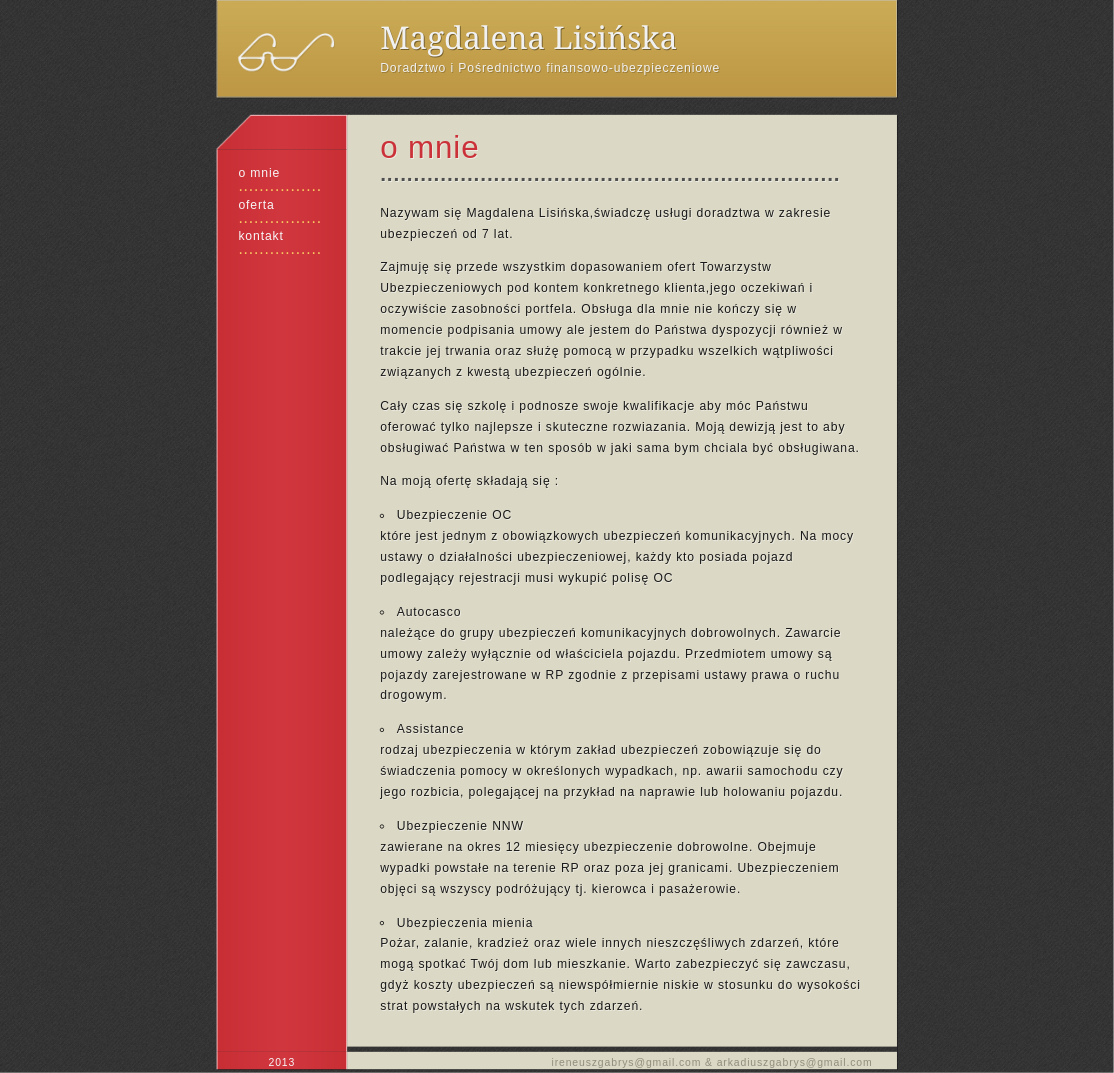
Repository: gabr/php_elicpse_workspace
Page: Magda Lisinska/index.html
These files come from the project's save history. The page is drawn as it stood at one moment and after the next save; the edit follows.
The browser window is 1280 px wide. The pictures show the whole page, at 87% of full size.

Above is the page before, as saved 2013-03-08 13:41:48.

### Magda Lisinska/index.html
<!DOCTYPE HTML>
<html>
<head>
<meta http-equiv="Content-Type" content="text/html; charset=utf-8">
<title>Magdalena Lisińska</title>
<!--
		<meta name="description" content="Add your sites description here">
		<meta name="keywords" content="Add,your,site,keywords,here">
		<link rel="icon" type="image/x-icon" href="../images/favicon.ico">
		-->
<link rel="stylesheet" type="text/css" href="css/reset.css"
  media="screen">
<link rel="stylesheet" type="text/css" href="css/style.css"
  media="screen">
<!-- <script src="js/jquery-1.9.1.js"></script>
        <script src="js/script.js"></script> -->
<!--[if lt IE 9]>
		<script src="js/html5shiv.js"></script>
		<![endif]-->
</head>

<body>
  <!-- head -->
  <div id="header">
    <a href="index.html" id="glasses"></a> <a href="index.html"
      id="header-title">
      <p id="title">Magdalena Lisińska</p>
      <p id="slogan">Doradztwo i Pośrednictwo
        finansowo-ubezpieczeniowe</p>
    </a>
    <div class="clear"></div>
  </div>

  <!-- body -->
  <div id="body">
    <!-- menu -->
    <div id="menu">
      <div id="menu-head"></div>
      <div id="menu-body" style="height: 1037px">
        <div id="menu-margin"></div>
        <ul>
          <li><a href="#">o mnie</a></li>
          <li class="line">................</li>
          <li><a href="#">oferta</a></li>
          <li class="line">................</li>
          <li><a href="kontakt.html">kontakt</a></li>
          <li class="line">................</li>
        </ul>
      </div>
    </div>
    <!-- content -->
    <div id="content">
      <div>
        <h1>o mnie</h1>
        <div class="line">.....................................................................</div>
        <p>Nazywam się Magdalena Lisińska,świadczę usługi doradztwa
          w zakresie ubezpieczeń od 7 lat.</p>
        <p>Zajmuję się przede wszystkim dopasowaniem ofert
          Towarzystw Ubezpieczeniowych pod kontem konkretnego
          klienta,jego oczekiwań i oczywiście zasobności portfela.
          Obsługa dla mnie nie kończy się w momencie podpisania umowy
          ale jestem do Państwa dyspozycji również w trakcie jej trwania
          oraz służę pomocą w przypadku wszelkich wątpliwości związanych
          z kwestą ubezpieczeń ogólnie.</p>
        <p>Cały czas się szkolę i podnosze swoje kwalifikacje aby
          móc Państwu oferować tylko najlepsze i skuteczne rozwiazania.
          Moją dewizją jest to aby obsługiwać Państwa w ten sposób w
          jaki sama bym chciala być obsługiwana.</p>
        <p>Na moją ofertę składają się :</p>
        <ul>
          <li>Ubezpieczenie OC
            <p>które jest jednym z obowiązkowych ubezpieczeń
              komunikacyjnych. Na mocy ustawy o działalności
              ubezpieczeniowej, każdy kto posiada pojazd podlegający
              rejestracji musi wykupić polisę OC</p>
          </li>
          <li>Autocasco
            <p>należące do grupy ubezpieczeń komunikacyjnych
              dobrowolnych. Zawarcie umowy zależy wyłącznie od
              właściciela pojazdu. Przedmiotem umowy są pojazdy
              zarejestrowane w RP zgodnie z przepisami ustawy prawa o
              ruchu drogowym.</p>
          </li>
          <li>Assistance
            <p>rodzaj ubezpieczenia w którym zakład ubezpieczeń
              zobowiązuje się do świadczenia pomocy w określonych
              wypadkach, np. awarii samochodu czy jego rozbicia,
              polegającej na przykład na naprawie lub holowaniu pojazdu.</p>
          </li>
          <li>Ubezpieczenie NNW
            <p>zawierane na okres 12 miesięcy ubezpieczenie
              dobrowolne. Obejmuje wypadki powstałe na terenie RP oraz
              poza jej granicami. Ubezpieczeniem objęci są wszyscy
              podróżujący tj. kierowca i pasażerowie.</p>
          </li>
          <li>Ubezpieczenia mienia
            <p>Pożar, zalanie, kradzież oraz wiele innych
              nieszczęśliwych zdarzeń, które mogą spotkać Twój dom lub
              mieszkanie. Warto zabezpieczyć się zawczasu, gdyż koszty
              ubezpieczeń są niewspółmiernie niskie w stosunku do
              wysokości strat powstałych na wskutek tych zdarzeń.</p>
          </li>
        </ul>
      </div>
    </div>
    <div class="clear"></div>

    <!-- footer -->
    <div id="footer">
      <div id="left-footer">
        <p>2013</p>
      </div>
      <div id="right-footer">
        <p>ireneuszgabrys@gmail.com &amp;
          arkadiuszgabrys@gmail.com&ensp;&ensp;&ensp;&ensp;</p>
      </div>
      <div class="clear"></div>
    </div>

  </div>

</body>
</html>

### Magda Lisinska/css/reset.css
/*
html5doctor.com Reset Stylesheet
v1.6.1
Last Updated: 2010-09-17
Author: Richard Clark - http://richclarkdesign.com
Twitter: @rich_clark
*/

html, body, div, span, object, iframe,
h1, h2, h3, h4, h5, h6, p, blockquote, pre,
abbr, address, cite, code,
del, dfn, em, img, ins, kbd, q, samp,
small, strong, sub, sup, var,
b, i,
dl, dt, dd, ol, ul, li,
fieldset, form, label, legend,
table, caption, tbody, tfoot, thead, tr, th, td,
article, aside, canvas, details, figcaption, figure,
footer, header, hgroup, menu, nav, section, summary,
time, mark, audio, video {
margin:0;
padding:0;
border:0;
outline:0;
font-size:100%;
vertical-align:baseline;
background:transparent;
}

body {line-height:1;}

article,aside,details,figcaption,figure,
footer,header,hgroup,menu,nav,section {
display:block; zoom:1;
}

nav ul {list-style:none;}

blockquote, q {quotes:none;}

blockquote:before, blockquote:after,
q:before, q:after {
content:'';
content:none;
}

a {
margin:0;
padding:0;
font-size:100%;
vertical-align:baseline;
background:transparent;
}

/* change colours to suit your needs */
ins {
background-color:#ff9;
color:#000;
text-decoration:none;
}

/* change colours to suit your needs */
mark {
background-color:#ff9;
color:#000;
font-style:italic;
font-weight:bold;
}

del {text-decoration: line-through;}

abbr[title], dfn[title] {
border-bottom:1px dotted;
cursor:help;
}

table {
border-collapse:collapse;
border-spacing:0;
}

/* change border colour to suit your needs */
hr {
display:block;
height:1px;
border:0;
border-top:1px solid #cccccc;
margin:1em 0;
padding:0;
}

input, select {
vertical-align:middle;
}

### Magda Lisinska/css/style.css
/*  Main  */
body {
  background: url(../images/background.png);
  color: #000;
  font-family: Arial, Helvetica, sans-serif;
  font-size: 14px;
  letter-spacing: 1px;
}

p {
  color: #181818;
  text-align: left;
  margin: 0px 0px 15px 0px;
  line-height: 24px;
}

a {
  color: #cb3138;
  text-decoration: none;
}

a:hover {
  text-decoration: underline;
}

h1 {
  margin: 20px 0px 0px 0px;
  font-size: 36px;
  color: #cb3138;
  font-weight: normal;
}

img {
  float: left;
  margin: 5px 10px 0px 0px;
  border: 1px solid #363636;
  box-shadow: 1px 1px 0px rgba(255, 255, 255, 0.5);
}

.line {
  -webkit-touch-callout: none;
  -webkit-user-select: none;
  -khtml-user-select: none;
  -moz-user-select: none;
  -ms-user-select: none;
  user-select: none;
}

.clear {
  clear: both;
}

/* Header */
#header {
  background: url(../images/header.jpg);
  width: 780px;
  height: 110px;
  margin: 0 auto;
  border: 1px solid #dbc89a;
  box-shadow: 1px 1px 0px rgba(0, 0, 0, 0.4)
}

#glasses {
  background: url(../images/glasses.png);
  width: 112px;
  height: 45px;
  margin: 37px 0px 0px 23px;
  display: block;
  outline: none;
  float: left;
}

#header-title {
  float: left;
  margin: 30px 0px 0px 52px;
  outline: none;
  text-decoration: none;
}

#title {
  margin: 0px 0px 0px 0px;
  color: #f1f1f1;
  text-shadow: 1px 1px 0px rgba(0, 0, 0, 0.4);
  font-family: Georgia, Times New Roman, Times;
  font-size: 36px;
  letter-spacing: 0px;
}

#slogan {
  color: #f1f1f1;
  text-shadow: 1px 1px 0px rgba(0, 0, 0, 0.2);
  margin: 11px 0px 0px 0px;
}

/* Body */
#body {
  margin: 0 auto;
  margin-top: 20px;
  width: 782px;
  box-shadow: 1px 1px 0px rgba(0, 0, 0, 0.4);
}

/* Menu */
#menu {
  float: left;
  width: 150px;
}

#menu-head {
  background: url(../images/menu_head.png);
  height: 40px;
}

#menu-body {
  background: url(../images/menu.jpg);
  min-height: 200px;
}

#menu-margin {
  height: 20px;
}

#menu-body ul {
  width: 100px;
  margin: 0 auto;
  list-style: none;
}

#menu-body a {
  color: #f7f7f7;
  text-decoration: none;
}

#menu-body li>a:hover {
  font-weight: bold;
}

#menu-body li.line {
  font-size: 18px;
  color: #f7cb61;
  margin: -1px 0px 5px 0px;
}

/* Content */
#content {
  float: left;
  width: 632px;
  min-height: 200px;
  background: #dbd8c5;
  text-shadow: 1px 1px 0px rgba(255, 255, 255, 0.5);
  padding-bottom: 20px;
}

#content>div {
  margin: 0px 38px 0px 38px;
}

#content .line {
  margin: 0px 0px 20px 0px;
  font-size: 24px;
  color: #4f4f4f;
  font-weight: bold;
}

#content ul {
  list-style-type: circle;
  list-style-position: inside;
}

#content ul li {
  text-decoration: none;
  font-family: Arial, Helvetica, sans-serif;
  font-size: 14px;
  letter-spacing: 1px;
  color: #181818;
  text-align: left;
  margin: 0px 0px 15px 0px;
  line-height: 24px;
}

#content iframe {
  margin: 20px auto 2px auto;
}

#google-maps {
  float: right;
  margin-right: 6px;
}

/* Footer */
#footer {
  width: 782px;
}

#left-footer {
  background: url(../images/menu.jpg);
  width: 150px;
  height: 20px;
  float: left;
}

#left-footer p {
  color: #f7f7f7;
  text-align: center;
  font-size: 12px;
}

#right-footer {
  float: right;
  width: 632px;
  height: 20px;
  background: #dbd8c5;
}

#right-footer p {
  color: #918e7e;
  text-align: right;
  font-size: 12px;
}

After the next save:
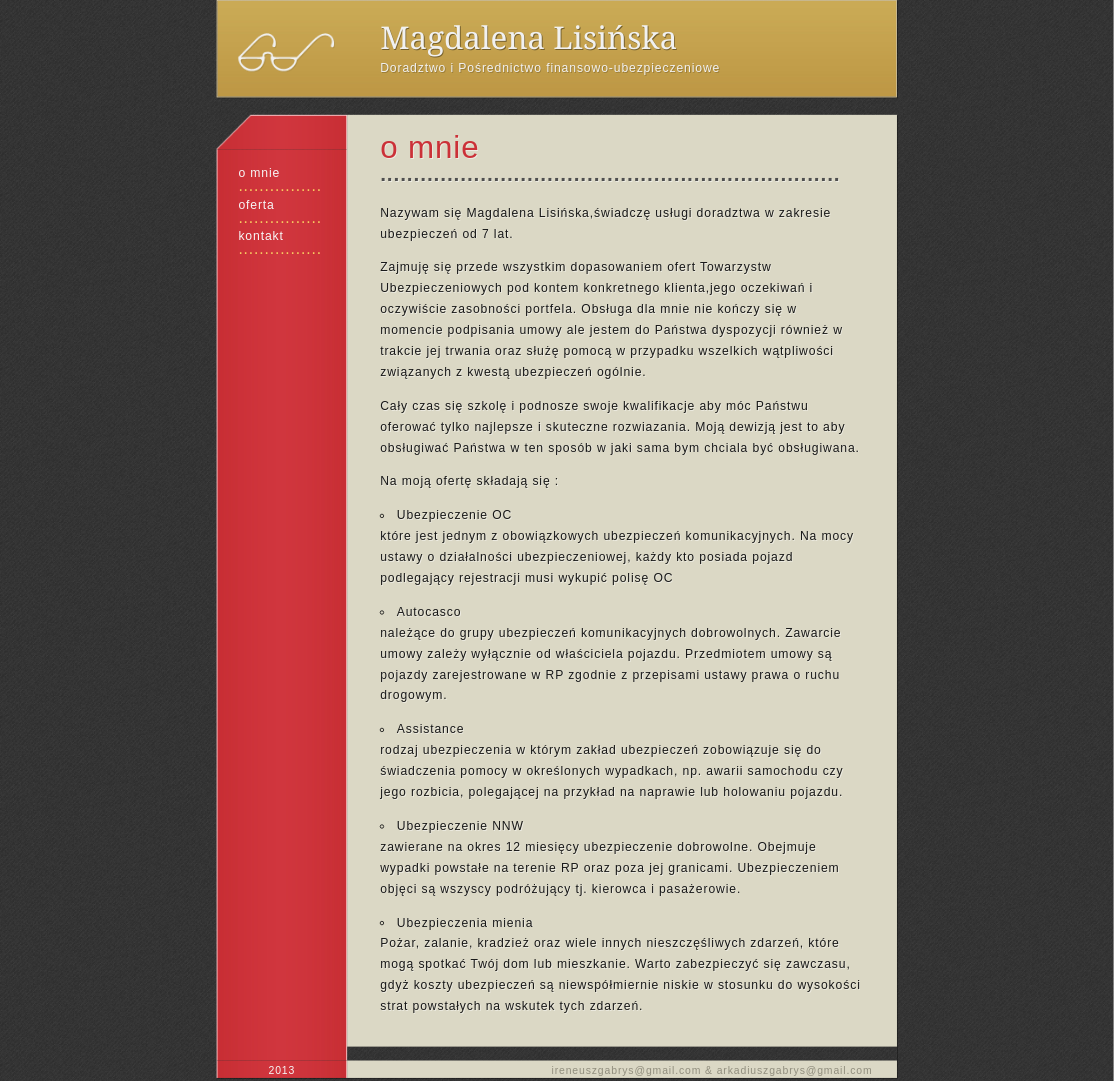
Saved 4 s later.
--- a/Magda Lisinska/index.html
+++ b/Magda Lisinska/index.html
@@ -36,7 +36,7 @@
     <!-- menu -->
     <div id="menu">
       <div id="menu-head"></div>
-      <div id="menu-body" style="height: 1037px">
+      <div id="menu-body" style="height: 1047px">
         <div id="menu-margin"></div>
         <ul>
           <li><a href="#">o mnie</a></li>
